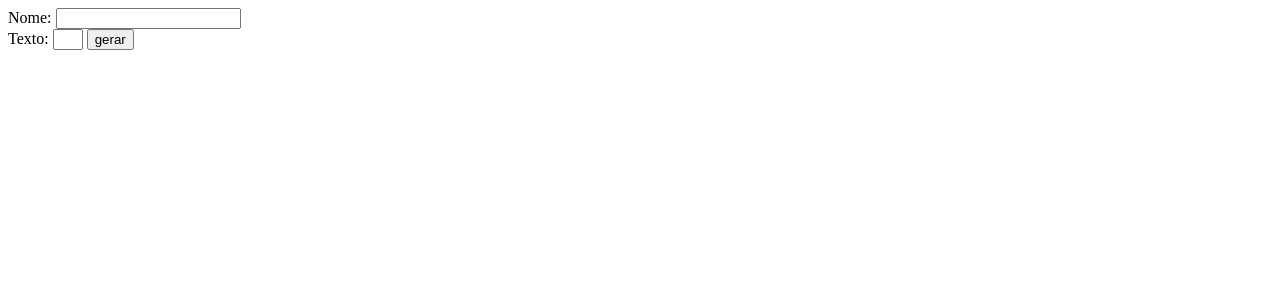
Repository: bVerneck/javaTex
Page: motos/src/main/webapp/form.html
An editor plug-in stored every save of this project. The page is shown before and after the next save, followed by the edit.
The browser window is 1280 px wide. The pictures show the whole page.

Above is the page before, as saved 2023-03-08 17:04:46.

After the next save:
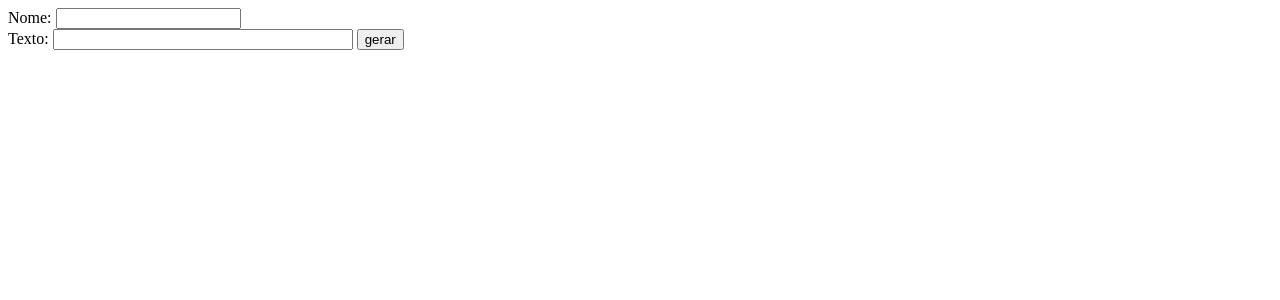
Saved 23 s later.
--- a/motos/src/main/webapp/form.html
+++ b/motos/src/main/webapp/form.html
@@ -3,7 +3,7 @@
          <form action="/motos/home"/>
          Nome: <input type"text" name="nome">
          <br>
-         Texto: <input type="text" style="width:30px"/>
+         Texto: <input type="text" style="width:300px"/>
          <input type="submit" value="gerar" name="text" />
          </form>
 
